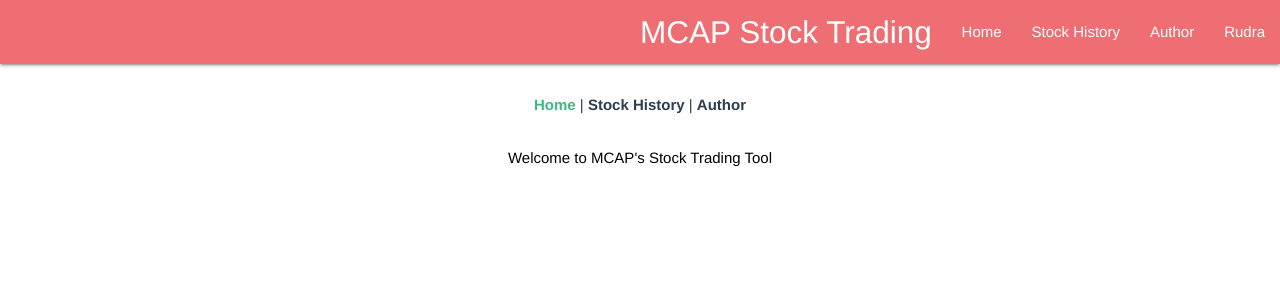
Repository: pandyarudra/stock-symbol-app
Page: /
The author's editor kept a copy of each file at every save. The page is drawn from the files as they stood at one save, then again after the next save.
The browser window is 1280 px wide. The pictures show the whole page.
The project was rebuilt for these pictures with package versions that can differ from the ones it lists, and the page was loaded fresh each time.

Above is the page before, as saved 2020-09-14 21:34:11.

After the next save:
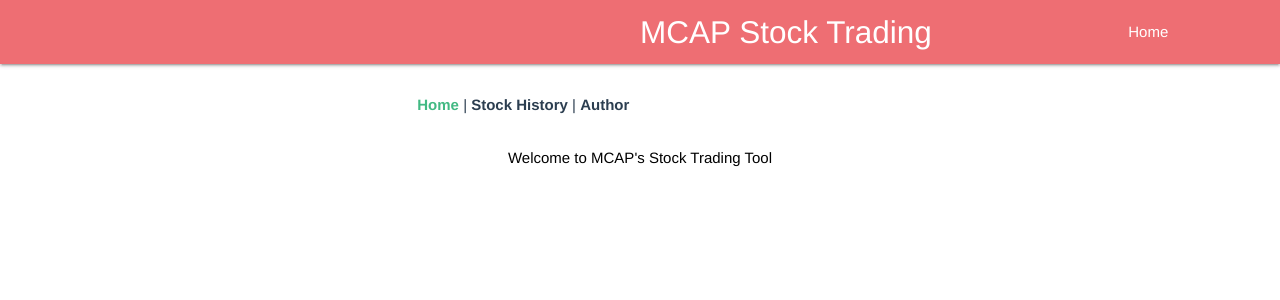
Saved 118 s later.
--- a/src/components/TopNav.vue
+++ b/src/components/TopNav.vue
@@ -3,7 +3,7 @@
     <div class="nav-wrapper">
       <a href="#" class="brand-logo">MCAP Stock Trading</a>
       <ul id="nav-mobile" class="right hide-on-med-and-down">
-        <li><a href="sass.html">Home</a></li>
+          <router-link to="/">Home</router-link>
         <li><a href="badges.html">Stock History</a></li>
         <li><a href="collapsible.html">Author</a></li>
         <li><a href="">Rudra</a></li>

After the save that followed:
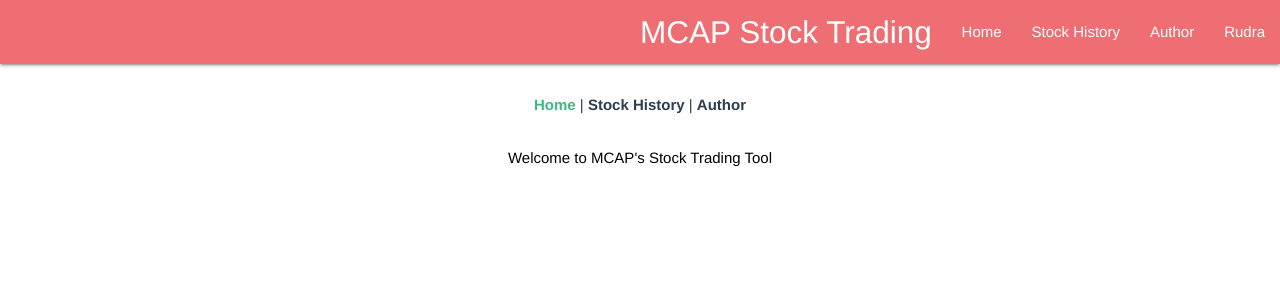
Saved 23 s later.
--- a/src/components/TopNav.vue
+++ b/src/components/TopNav.vue
@@ -3,7 +3,7 @@
     <div class="nav-wrapper">
       <a href="#" class="brand-logo">MCAP Stock Trading</a>
       <ul id="nav-mobile" class="right hide-on-med-and-down">
-          <router-link to="/">Home</router-link>
+        <li><a href="sass.html">Home</a></li>
         <li><a href="badges.html">Stock History</a></li>
         <li><a href="collapsible.html">Author</a></li>
         <li><a href="">Rudra</a></li>
